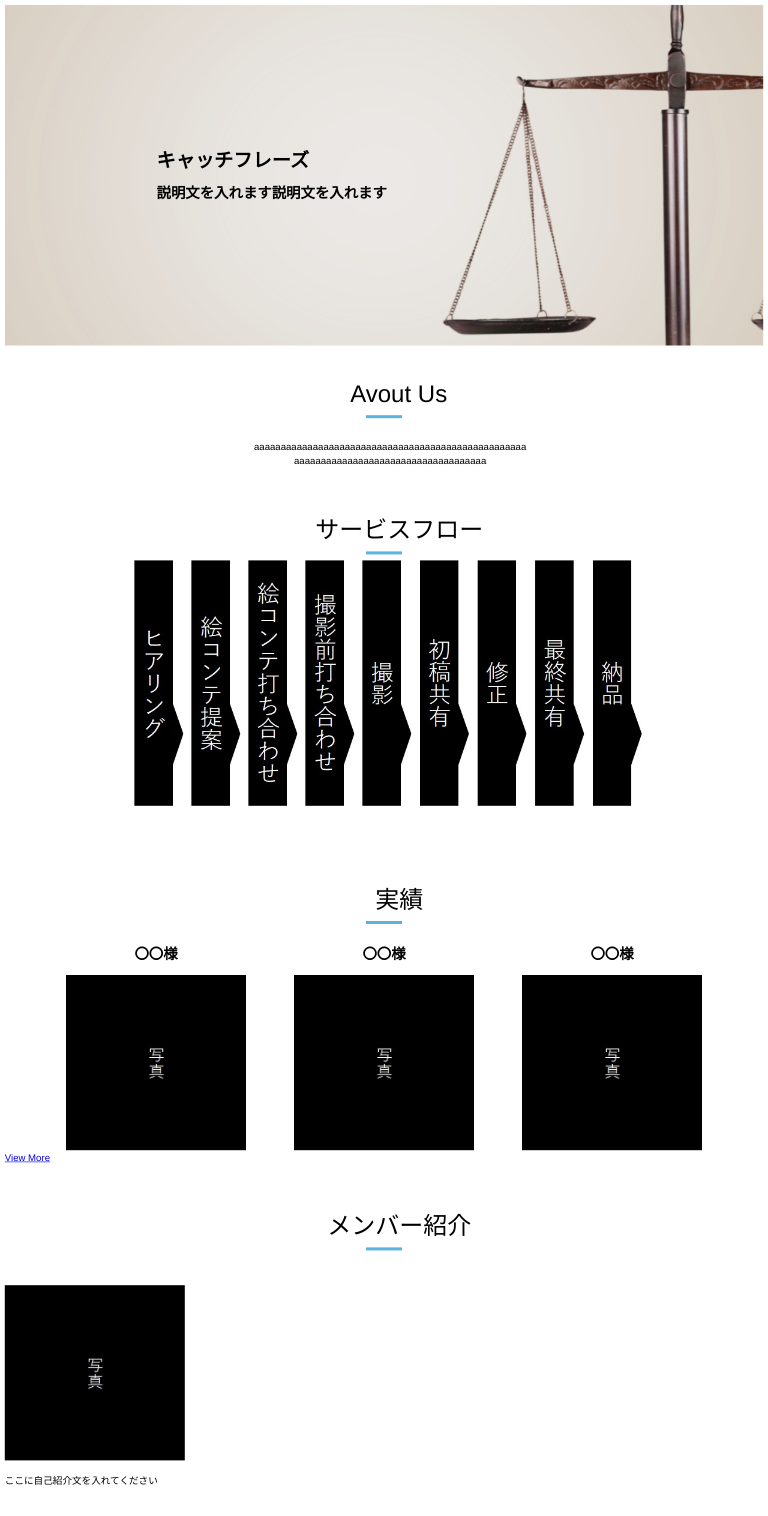
Repository: takumi-kojima0901/js.practice
Page: carkichi/carkichi.html
The author's editor kept a record of every edit. The page is drawn from the files as they stood at one moment, then again after the next edit.
The browser window is 1280 px wide. The pictures show the whole page, at 60% of full size.

Above is the page before.

After the next edit:
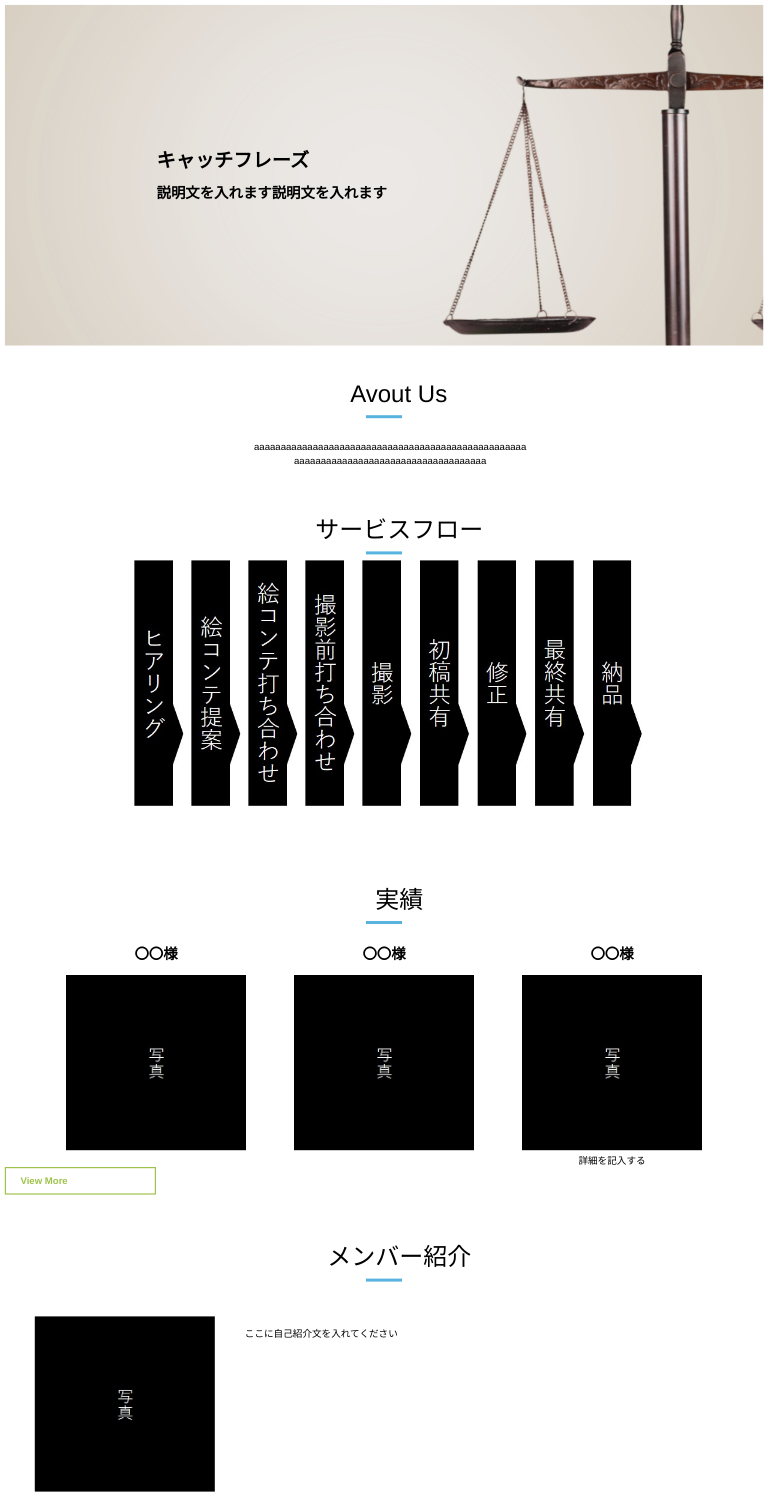
The edit:
--- a/carkichi/carkichi.css
+++ b/carkichi/carkichi.css
@@ -186,30 +186,23 @@
     text-align:center;
 }
 
-.performance_image .caption {
-	font-size:		130%;
-	color:			#fff;
-	text-align: 		center;
-	padding-top:		80px;
-}
-
-.performance_image .mask {
-	width:			100%;
-	height:			100%;
-	position:		absolute;
-	top:			0;
-	left:			0;
-	opacity:		0;	/* 表示させない */
-	background-color:	rgba(0,0,0,0.4);
-	-webkit-transform:	rotateY(-180deg);
-	transform:		rotateY(-180deg);
-	-webkit-transition:	all 0.6s ease;
-	transition:		all 0.6s ease;
-}
-.performance_image:hover .effect {
-	-webkit-transform:	rotateY(0deg);
-	transform:		rotateY(0deg);
-	opacity:		1;	/* ホバーで表示する */
+.caption{
+　width: 250px;
+　height: 175px;
+　position: absolute;
+　top: 0;
+　bottom: 0;
+　left: 0;
+　right: 0;
+　background: rgba(0,0,0,0.5);
+　opacity: 0;
+　color: #fff;
+　display: flex;
+　align-items: center;
+　text-align: center;
+　padding: 30px;
+}
+}
 
 
 /* View More ボタン
